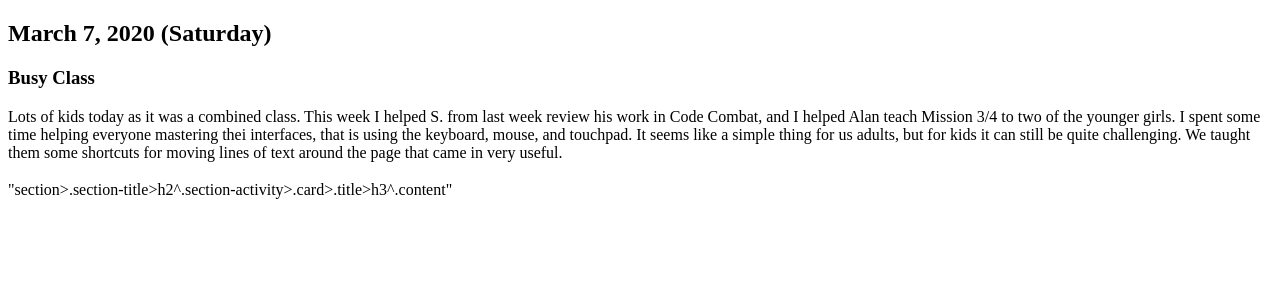
Repository: chocochocosensei/Mission-Exercises
Page: page2/index.html
An editor plug-in stored every save of this project. The page is shown before and after the next save, followed by the edit.
The browser window is 1280 px wide. The pictures show the whole page.

Above is the page before, as saved 2020-03-10 05:54:11.

### page2/index.html
<!DOCTYPE html>
<html lang="en">

<head>
    <meta charset="UTF-8">
    <meta name="viewport" content="width=device-width, initial-scale=1.0">
    <link rel="stylesheet" href="../style.css">

    <title>My Diary</title>
</head>

<body>



    <section>
        <div class="section-title">
            <h2 id="march-7-2020-saturday">March 7, 2020 (Saturday)</h2>
        </div>
        <div class="section-activity">
            <div class="card">
                <div class="title">
                    <h3 id="busy-class">Busy Class</h3>
                </div>
                <div class="content">
                    <p>Lots of kids today as it was a combined class. This week I helped S. from last week review his work in Code Combat, and I helped Alan teach Mission 3/4 to two of the younger girls. I spent some time helping everyone mastering thei
                        interfaces, that is using the keyboard, mouse, and touchpad. It seems like a simple thing for us adults, but for kids it can still be quite challenging. We taught them some shortcuts for moving lines of text around the page that
                        came in very useful.</p>
                </div>
            </div>

            <div class="card hidden">
                <div class="title">
                    <h3 id="busy-class">Hours</h3>
                </div>
                <div class="content">
                    <p>Class: 10:30-12:30</p>
                    <p>Hours: 2</p>
                </div>

            </div>
        </div>
    </section>

    <section>
        <div class="section-title">
            <h2>
            </h2>
        </div>
        <div class="section-activity">
            <div class="card">
                <div class="title">
                    <h3>

                    </h3>
                </div>
                <div class="content"></div>
            </div>


        </div>
    </section>

    "section>.section-title>h2^.section-activity>.card>.title>h3^.content"



</body>

</html>

### style.css
*.hidden {
    display: none;
}

After the next save:
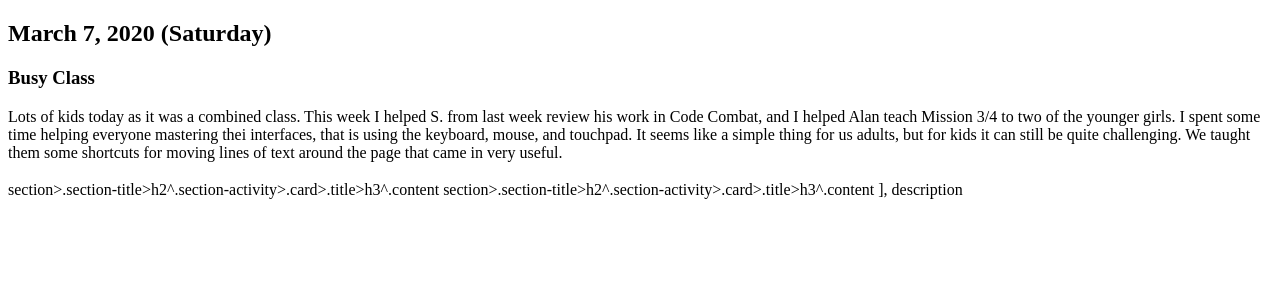
Saved 19 min 29 s later.
--- a/page2/index.html
+++ b/page2/index.html
@@ -61,7 +61,8 @@
         </div>
     </section>
 
-    "section>.section-title>h2^.section-activity>.card>.title>h3^.content"
+    section>.section-title>h2^.section-activity>.card>.title>h3^.content section>.section-title>h2^.section-activity>.card>.title>h3^.content ], description
+
 
 
 
